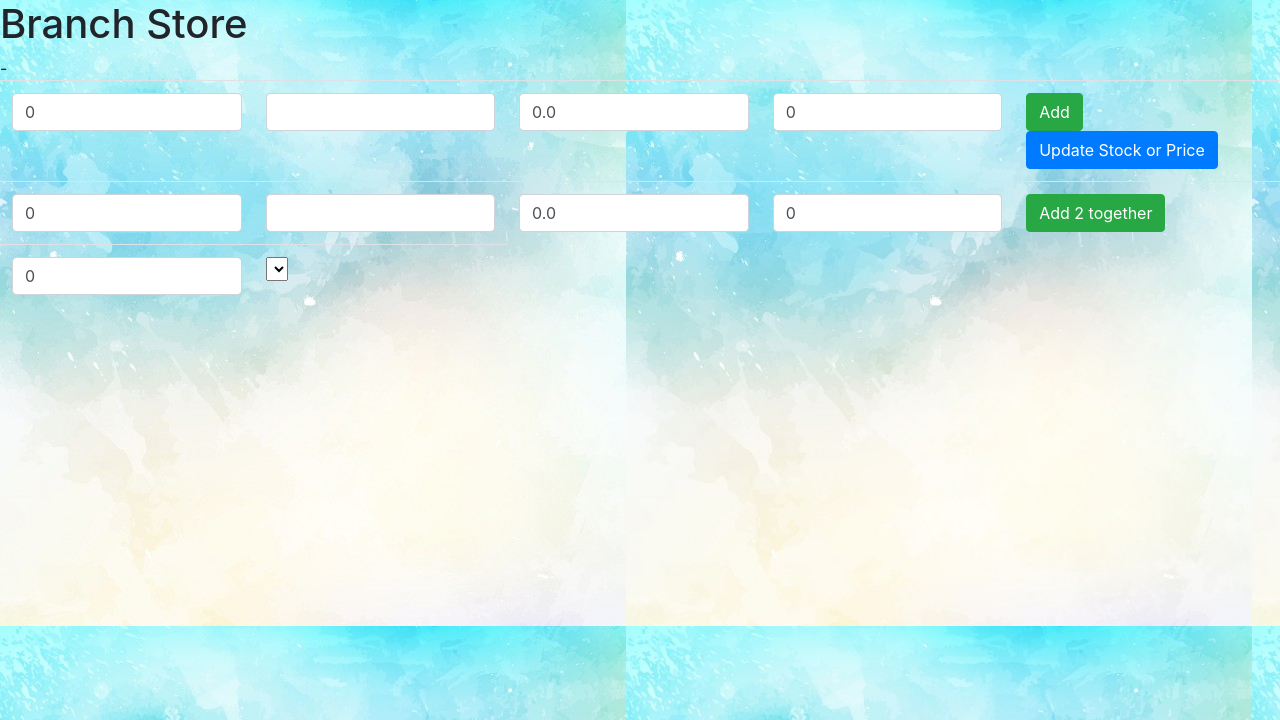
Repository: zhenyan02/HW_Projects
Page: http://localhost/bookStore/BranchWeb.jsp
The author's editor kept a copy of each file at every save. The page is drawn from the files as they stood at one save, then again after the next save.
The browser window is 1280 px wide. The pictures show the whole page.
The page is served by Tomcat 9. Other server files are loaded and not shown. Queries for data that is not in the repository find no rows.

Above is the page before, as saved 2018-11-26 02:03:44.

### 582_Final Project_JavaScript/bookStore/WebContent/BranchWeb.jsp
<%@ page language="java" contentType="text/html; charset=ISO-8859-1"
    pageEncoding="ISO-8859-1" import="finalproject.bookstore.*, java.util.*"%>
<!DOCTYPE html PUBLIC "-//W3C//DTD HTML 4.01 Transitional//EN" "http://www.w3.org/TR/html4/loose.dtd">
<html>
<head>
<meta http-equiv="Content-Type" content="text/html; charset=ISO-8859-1">
<title>Insert title here</title>
<link href="css/bootstrap.css" rel="stylesheet"/>
</head>

<body background="back1.jpg">
	<h1>Branch Store</h1>

<%
	BranchDAO dao = new BranchDAO();

	//controller{
	String action = request.getParameter("action");
    String name = request.getParameter("name");
    String saleprice = request.getParameter("saleprice");
    String stock = request.getParameter("stock");
    String version = request.getParameter("version");
    String action2 = request.getParameter("action2");
    String name2 = request.getParameter("name2");
    String saleprice2 = request.getParameter("salepric2e");
    String stock2 = request.getParameter("stock2");
    String version2 = request.getParameter("version2");
    Branch app = new Branch();
    Branch apB2 = new Branch();

    if("create".equals(action)){
    	int stockInt = Integer.parseInt(stock);
    	double salepriceD = Double.parseDouble(saleprice);
    	int versionInt = Integer.parseInt(version);
    	app = new Branch(salepriceD, stockInt, name, versionInt);
    	dao.create(app);
    }else if("remove".equals(action)){
    	int versionInt = Integer.parseInt(version);
    	dao.remove(name,versionInt);
    }else if("select".equals(action)){
    	int versionInt = Integer.parseInt(version);
    	app = dao.selectOne(name,versionInt);
    }else if("update".equals(action)){
    	int stockInt = Integer.parseInt(stock);
    	double salepriceD = Double.parseDouble(saleprice);
    	int versionInt = Integer.parseInt(version);
        app = new Branch(salepriceD, stockInt,name,versionInt);
    	dao.update(name,versionInt, app);
    }else if("create2".equals(action)){
    	int stockInt = Integer.parseInt(stock);
    	double salepriceD = Double.parseDouble(saleprice);
    	int versionInt = Integer.parseInt(version);
        app = new Branch(salepriceD, stockInt,name,versionInt);
    	int stockInt2 = Integer.parseInt(stock2);
    	double salepriceD2 = Double.parseDouble(saleprice2);
    	int versionInt2 = Integer.parseInt(version2);
        apB2 = new Branch(salepriceD2, stockInt2,name2,versionInt2);
		List<Branch> twoInputs = new ArrayList<Branch>();
		twoInputs.add(app);
		twoInputs.add(apB2);
		dao.listInsert(twoInputs);
    }



	//Seller app1 = new Seller("xxxyxx", 8.99);
	//dao.create(app1);


	List<Branch> branchs = dao.selectAll();
	 //}
%>
<form action="BranchWeb.jsp">
	<table class= "table">
		<tr>
			<td><input name="stock" class="form-control" value="<%= app.getStock()%>"/></td>
			<td><input name="name" class="form-control" value="<%= app.getName()%>"/></td>
			<td><input name="saleprice" class="form-control" value="<%= app.getSaleprice()%>"/></td>
			<td><input name="version" class="form-control" value="<%= app.getVersion()%>"/></td>
			<td>
				<button class="btn btn-success" name="action" value="create">
					Add
				</button>
				<button class="btn btn-primary" name="action" value="update">
					Update Stock or Price
				</button>
			</td>
		</tr>

		<tr>
			<td><input name="stock2" class="form-control" value="<%= apB2.getStock()%>"/></td>
			<td><input name="name2" class="form-control" value="<%= apB2.getName()%>"/></td>
			<td><input name="saleprice2" class="form-control" value="<%= apB2.getSaleprice()%>"/></td>
			<td><input name="version2" class="form-control" value="<%= apB2.getVersion()%>"/></td>
			<td>
				<button class="btn btn-success" name="action" value="create2">
					Add 2 together
				</button>
			</td>
		</tr>


			<div>
			<td><input name="stock" class="form-control" value="<%= app.getStock()%>"/></td>
			<span class="input-group-addon">-</span>
			<td> <select name = "options">
				<% for(Branch ap:branchs){%>
						<option><%= ap.getName() %></option>
				<% }%>
			</select> 	</td>
			</div>



<% for(Branch ap:branchs){
%>  <tr>
		<td><%= ap.getStock() %></td>
		<td><%= ap.getName() %></td>
		<td><%= ap.getSaleprice() %></td>
		<td><%= ap.getVersion() %></td>
		<td>
			<a class="btn btn-danger" href="BranchWeb.jsp?action=remove&name=<%= ap.getName() %>&version=<%= ap.getVersion() %>">
				Delete
			</a>
			<a class="btn btn-warning" href="BranchWeb.jsp?action=select&name=<%= ap.getName() %>&version=<%= ap.getVersion() %>">
				Select
			</a>
		</td>
	</tr>
<%
	}
%>
   </table>
</form>
</body>
</html>

### 582_Final Project_JavaScript/bookStore/src/finalproject/bookstore/BranchDAO.java
package finalproject.bookstore;

import java.sql.Connection;
import java.sql.DriverManager;
import java.sql.PreparedStatement;
import java.sql.ResultSet;
import java.sql.SQLException;
import java.util.ArrayList;
import java.util.List;

public class BranchDAO {

	public Connection getConnection(){
		String connectionUrl = "jdbc:mysql://localhost:3306/onlineide";
		Connection connection = null;

		try {
			Class.forName("com.mysql.jdbc.Driver").newInstance();
			connection = DriverManager.getConnection(connectionUrl, "root", "zhenyanl");
		} catch (Exception e) {
			e.printStackTrace();
		}
		return connection;
	}

	public void closeConnection(Connection connection){
		try {
			connection.close();
		} catch (SQLException e) {
			e.printStackTrace();
		}
	}

	public void create(Branch branch){

		String sql = "insert into branchs(saleprice, stock, name, version) values (? ,?, ?, ?)";

		Connection connection = getConnection();

		try {
			PreparedStatement statement = connection.prepareStatement(sql);
			statement.setDouble(1, branch.getSaleprice());
			statement.setInt(2, branch.getStock());
			statement.setString(3, branch.getName());
			statement.setInt(4, 0);
			statement.execute();
	        connection.commit();
		} catch (SQLException e) {
			e.printStackTrace();
									try {
										connection.rollback();
									} catch (SQLException e1) {
										e1.printStackTrace();
									}
		}finally {
			closeConnection(connection);
		}
	}



	public List<Branch> selectAll(){
		List<Branch> branchs = new ArrayList<Branch>();

		String sql = "select * from branchs";
		Connection connection = getConnection();

		try {
			PreparedStatement statement = connection.prepareStatement(sql);
			ResultSet results = statement.executeQuery();
			while(results.next()){
				double saleprice = results.getDouble("saleprice");
				int stock = results.getInt("stock");
				String name = results.getString("name");
				int version = results.getInt("version");
				//int stockquantity = results.getInt("stockquantity");
				Branch branch = new Branch(saleprice, stock, name, version);
				branchs.add(branch);
			}
		} catch (SQLException e) {
			e.printStackTrace();
		}finally {
			closeConnection(connection);
		}

		return branchs;
	}



	public void remove(String name, int version){
		String sql = "delete from branchs where name=? and version=?";

		Connection connection = getConnection();

		try {
			PreparedStatement statement = connection.prepareStatement(sql);
			statement.setString(1,  name);
			statement.setInt(2, version);
			statement.execute();
		} catch (SQLException e) {
			e.printStackTrace();
		}finally{
			closeConnection(connection);
		}
	}



	public Branch selectOne(String name, int version) {
		Branch app = null;

		String sql = "select * from branchs where name=? and version=?";
		Connection connection = getConnection();

		try {
			PreparedStatement statement = connection.prepareStatement(sql);
			statement.setString(1,  name);
			statement.setInt(2, version);
			ResultSet results = statement.executeQuery();
			if(results.next()){
				double saleprice = results.getDouble("saleprice");
				int stock = results.getInt("stock");
				name = results.getString("name");
				version = results.getInt("version");
				app = new Branch(saleprice, stock, name, version);
			}
		} catch (SQLException e) {
			e.printStackTrace();
		}finally{
			closeConnection(connection);
		}
		return app;
	}



	public void update(String name, int version, Branch app) {

		String sql = "update buyers set saleprice=?, stock=?, name=?, version=? where name=? and version =?";
		Connection connection = getConnection();

		try {
			PreparedStatement statement = connection.prepareStatement(sql);
			statement.setDouble(1, app.getSaleprice());
			statement.setInt(2, app.getStock());
			statement.setString(3, app.getName());
			statement.setInt(4, app.getStock()+1);
			statement.setString(5, app.getName());
			statement.setInt(6, app.getStock());
			statement.execute();
		} catch (SQLException e) {
			e.printStackTrace();
		}finally{
			closeConnection(connection);
		}
	}




	public void  listInsert(List<Branch> allInput){

		String sql = "insert into buyers(salespric,quantity, name, version) values (? ,?, ?, ?)";
		Connection connection = getConnection();

		try {
			PreparedStatement statement = connection.prepareStatement(sql);
			//ResultSet results = statement.executeQuery();
			connection.setAutoCommit(false);
	        for (Branch branch : allInput) {
	        	statement.setDouble(1, branch.getSaleprice());
				statement.setInt(2, branch.getStock());
				statement.setString(3, branch.getName());
				statement.setInt(4, 0);
				statement.execute();
				}
	        connection.commit();
		} catch (SQLException e) {
			e.printStackTrace();
								try {
									connection.rollback();
								} catch (SQLException e1) {
									e1.printStackTrace();
								}
		}finally {
			closeConnection(connection);
		}

	}

	public void  listBuy(List<Branch> allInput){

		String sql = "insert into buyers(salespric,quantity, name, version) values (? ,?, ?, ?)";
		Connection connection = getConnection();

		try {
			PreparedStatement statement = connection.prepareStatement(sql);
			//ResultSet results = statement.executeQuery();
			connection.setAutoCommit(false);
	        for (Branch branch : allInput) {
	        	statement.setDouble(1, branch.getSaleprice());
				statement.setInt(2, branch.getStock());
				statement.setString(3, branch.getName());
				statement.setInt(4, 0);
				statement.execute();
				}
	        connection.commit();
		} catch (SQLException e) {
			e.printStackTrace();
								try {
									connection.rollback();
								} catch (SQLException e1) {
									e1.printStackTrace();
								}
		}finally {
			closeConnection(connection);
		}

	}




}

### 582_Final Project_JavaScript/bookStore/src/finalproject/bookstore/Branch.java
package finalproject.bookstore;

public class Branch {
	private double saleprice;
	private int stock ;
	private String name = "";
	private int version ;

	public Branch() {
		super();
	}

	public Branch(double saleprice, int stock, String name, int version) {
		super();
		this.saleprice = saleprice;
		this.stock = stock;
		this.name = name;
		this.version = version;
	}

	public double getSaleprice() {
		return saleprice;
	}
	public void setSaleprice(double saleprice) {
		this.saleprice = saleprice;
	}
	public int getStock() {
		return stock;
	}
	public void setStock(int stock) {
		this.stock = stock;
	}
	public String getName() {
		return name;
	}
	public void setName(String name) {
		this.name = name;
	}
	public int getVersion() {
		return version;
	}
	public void setVersion(int version) {
		this.version = version;
	}

}

Loaded but not shown: 582_Final Project_JavaScript/bookStore/WebContent/css/bootstrap.css (library)

After the next save:
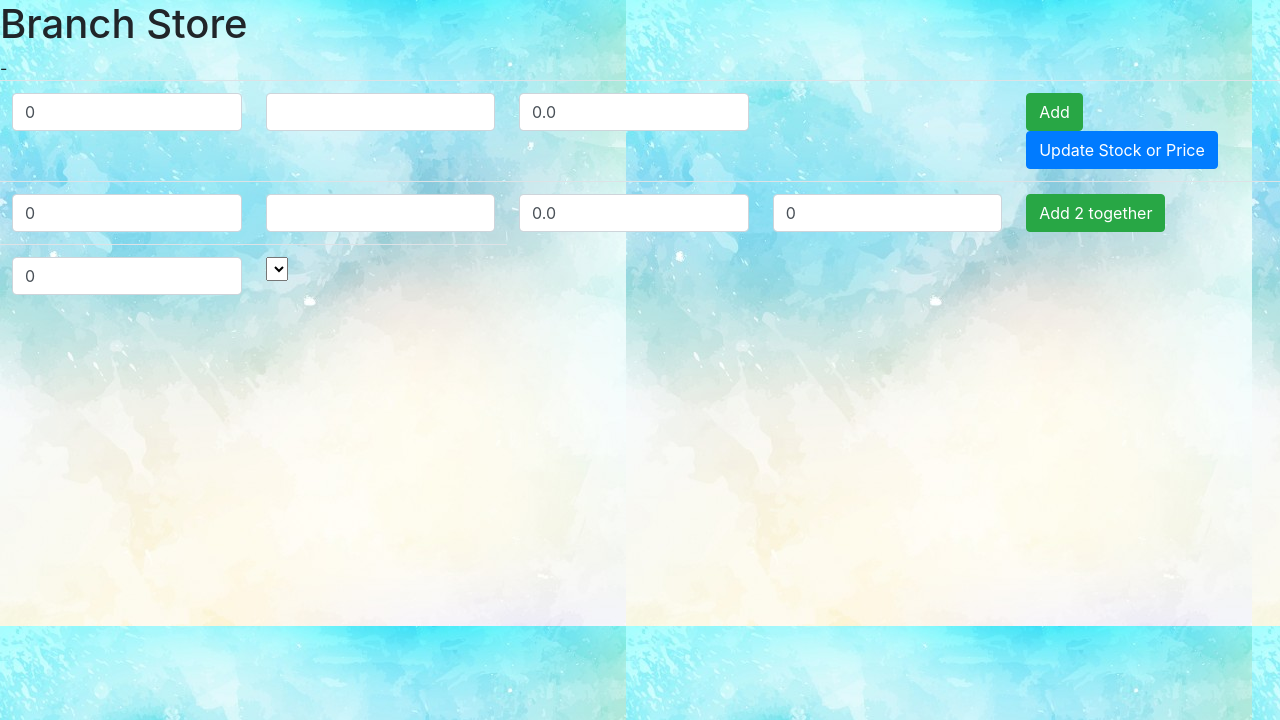
Saved 3 min 40 s later.
--- a/582_Final Project_JavaScript/bookStore/WebContent/BranchWeb.jsp
+++ b/582_Final Project_JavaScript/bookStore/WebContent/BranchWeb.jsp
@@ -76,7 +76,7 @@
 			<td><input name="stock" class="form-control" value="<%= app.getStock()%>"/></td>
 			<td><input name="name" class="form-control" value="<%= app.getName()%>"/></td>
 			<td><input name="saleprice" class="form-control" value="<%= app.getSaleprice()%>"/></td>
-			<td><input name="version" class="form-control" value="<%= app.getVersion()%>"/></td>
+			<td><input name="version" type='hidden' class="form-control" value="<%= app.getVersion()%>"/></td>
 			<td>
 				<button class="btn btn-success" name="action" value="create">
 					Add
